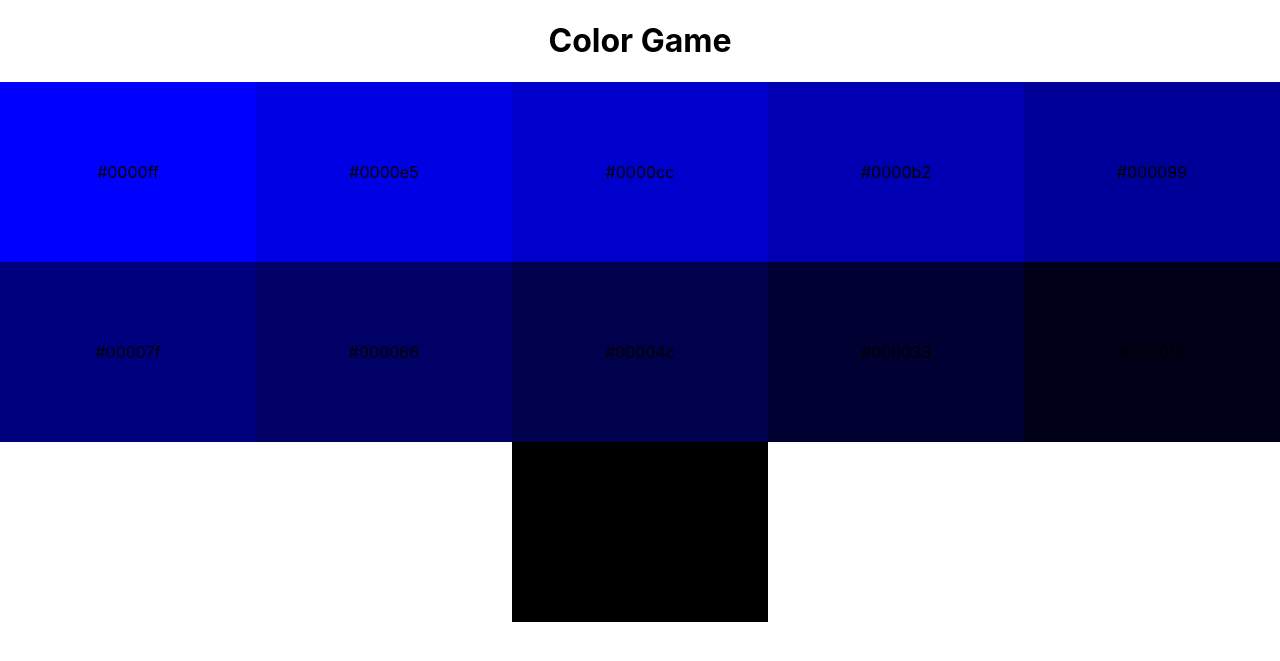
Repository: johnmutina/shades_of_blue
Page: /
An editor plug-in stored every save of this project. The page is shown before and after the next save, followed by the edit.
The browser window is 1280 px wide. The pictures show the whole page.
The project was rebuilt for these pictures with package versions that can differ from the ones it lists, and the page was loaded fresh each time.

Above is the page before, as saved 2019-06-22 15:05:50.

After the next save:
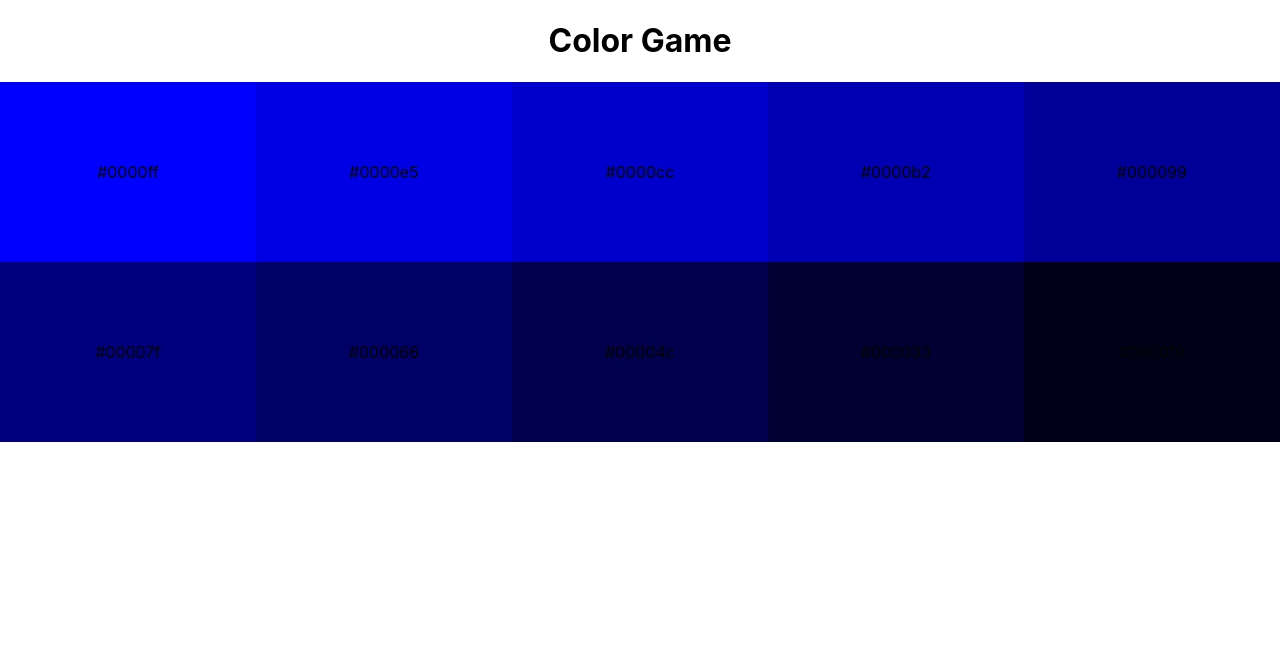
Saved 29 s later.
--- a/src/ColorBoxes.js
+++ b/src/ColorBoxes.js
@@ -24,8 +24,7 @@ class ColorBoxes extends Component {
         "#000066",
         "#00004c",
         "#000033",
-        "#000019",
-        "#000000"]
+        "#000019",]
         // ['#FF6633', '#FFB399', '#FF33FF', '#FFFF99', '#00B3E6', '#E6B333', '#3366E6', '#999966', '#99FF99', '#B34D4D', '#80B300', '#809900', '#E6B3B3', '#6680B3', '#66991A', '#FF99E6', '#CCFF1A', '#FF1A66', '#E6331A', '#33FFCC'];
         // let idx = Math.floor(Math.random() * colorArr.length);
         return (
